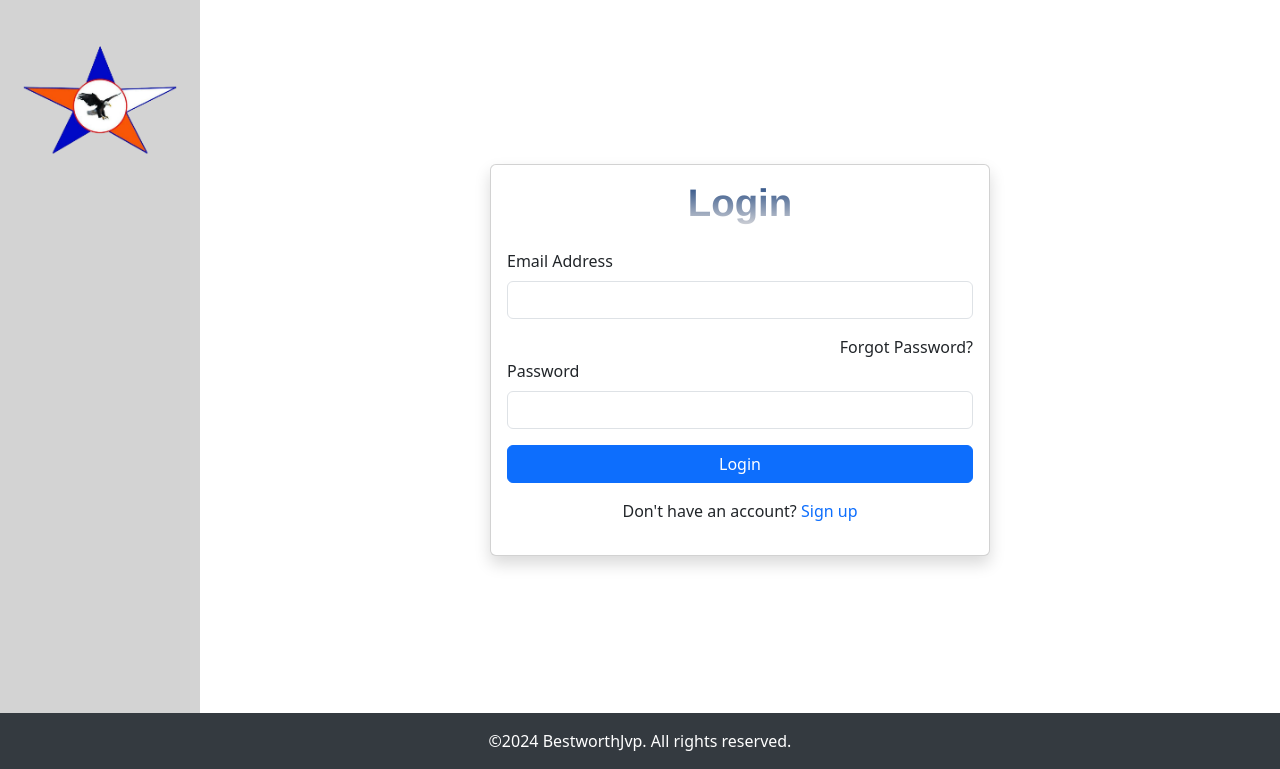
Repository: OVictor21/inventory
Page: /Login
An editor plug-in stored every save of this project. The page is shown before and after the next save, followed by the edit.
The browser window is 1280 px wide. The pictures show the whole page.
The project was rebuilt for these pictures with package versions that can differ from the ones it lists, and the page was loaded fresh each time. Also part of the build but not shown: src/components/signup.jsx, src/components/reset1.jsx, src/components/reset2.jsx.

Above is the page before, as saved 2024-12-15 15:20:32.

### src/index.css

.logo {
  background-size: cover;
  background-repeat: no-repeat;
  background-position: center;
  height: auto;
  width:9rem ;
}

.sign-in{
  width: 40vw;
  height: 65vw;
  left: 45vw;
  top: -10vw;
  overflow: hidden;
}

.login {
  display: flex;
  flex-direction: column;
  min-height: 100vh;
  overflow: hidden;

}

.nav-body {
  flex-grow: 1;
  background-color: #D3D3D3;
  width: 35vw;
  height: 65vw;
}

.text{
  top: 5vw;
  left: 6vw;
  background: linear-gradient(180deg, rgb(51, 85, 136) 13.5%, rgb(206, 208, 214) 100%);
  -webkit-background-clip: text !important;
  background-clip: text;
  -webkit-text-fill-color: transparent;
  text-fill-color: transparent;
  font-family: "Montserrat-Bold", Helvetica;
  font-weight: 700;
  color: transparent;
  font-size: 4vw;
  letter-spacing: 0;
  line-height: normal;
}



.text-wrapper-8 {
  background: linear-gradient(180deg, rgb(51, 85, 136) 13.5%, rgb(206, 208, 214) 100%);
  -webkit-background-clip: text !important;
  background-clip: text;
  -webkit-text-fill-color: transparent;
  text-fill-color: transparent;
  font-family: "Montserrat-Bold", Helvetica;
  font-weight: 600;
  color: transparent;
  font-size: 2vw;
  letter-spacing: 0;
  line-height: normal;
  top: 13vw;
  left: 6vw;
}

.email-text{
  font-size: 1.2vw;

}

.email{
  top: 17vw;
  left: 6vw;
}

.email-in{
  top: 23vw;
  left: 6vw;
  width: 80%;
  max-width: 80%;
  height: 5%;
}

.pass{
  top: 27vw;
  left: 6vw;
}

.pass-in{
  top: 33vw;
  left: 6vw;
  width: 80%;
  max-width: 80%;
  height: 5%;

}

.text-wrapper-7{
  font-family: "Montserrat-Regular", Helvetica;
  font-weight: 400;
  color: #00000061;
  font-size: 1.3vw;
  letter-spacing: 0;
  line-height: normal;
  top: 30vw;
  text-decoration: none;
  right: 2vw;
}



.sign-btn{
  background: linear-gradient(180deg, rgb(51, 85, 136) 93.5%, rgb(206, 208, 214) 97%);
  font-family: "Montserrat-Bold", Helvetica;
  font-weight: 700;
  font-size: 1.5rem;
  letter-spacing: 0;
  line-height: normal;
  width: 80%;
  height: 3rem;
  top: 42vw;
  left: 6vw;
  /* box-shadow: 0px 22px 75px #00000040; */
}


.acct{
  font-family: "Montserrat-Regular", Helvetica;
  font-weight: 700;
  color: #000000;
  font-size: 1.5vw;
  letter-spacing: 0;
  line-height: normal;
  top: 52vw;
  left: 6vw;
}

.acct-1{
  font-family: "Montserrat-Bold", Helvetica;
  font-weight: 700;
  color: rgb(51, 85, 136);
  font-size: 1.5vw;
  text-decoration: none;
  letter-spacing: 0;
  line-height: normal;
  top: 52vw;
  right: 3vw;
}



.pass-text{
font-size: 1.2vw;
}
.footer-body {
  background-color: #343a40; /* Example background color */
  text-align: center;
  padding: 1rem 0;
  margin-top: auto; /* Pushes the footer to the bottom */
}



.side{
  background-color: #D3D3D3;
}
.footers{
  top: 99vh;
  right: 0vw;
  background-color: #343a40;
}

.signuptext{
  top: 5vw;
  left: 6vw;
  background: linear-gradient(180deg, rgb(51, 85, 136) 13.5%, rgb(206, 208, 214) 100%);
  -webkit-background-clip: text !important;
  background-clip: text;
  -webkit-text-fill-color: transparent;
  text-fill-color: transparent;
  font-family: "Montserrat-Bold", Helvetica;
  font-weight: 700;
  color: transparent;
  font-size: 3vw;
  letter-spacing: 0;
  line-height: normal;
}

### src/App.js
// import Navbar from './components/navbar';
import 'bootstrap/dist/css/bootstrap.min.css';
import { BrowserRouter as Router, Route, Routes } from "react-router-dom";
// import Home from "./components/home";
import Login from "./components/login";
import Signup from './components/signup';
import Reset1 from './components/reset1';
import Reset2 from './components/reset2';



function App() {
  return (
    <div className="App">
      <Router>
      <Routes>
        {/* <Route path="/" element={<Navbar />} /> */}
        <Route path="/Login" element={<Login />} />
        <Route path="/Signup" element={<Signup/>} />
        <Route path='/Reset1' element={<Reset1/>} />
        <Route path='/Reset2' element={<Reset2 />} />
      </Routes>
    </Router>
    </div>
  );
}

export default App;

### src/components/login.jsx
const Login = () => {
  return (
    <div className="d-flex">
      {/* Sidebar with Logo */}
      <div className="side text-white d-flex flex-column align-items-center p-3 vh-100" style={{ width: '200px' }}>
        <a href="/" className="d-block mb-4">
          <img
            src="./logo.png" // Replace with your actual logo URL
            alt="Logo"
            className="img-fluid"
          />
        </a>
      </div>

      {/* Main Content Area with Sign-Up Form */}
      <div className="flex-grow-1 d-flex flex-column justify-content-center align-items-center p-4">
        <div className="card shadow p-3" style={{ maxWidth: '500px', width: '100%' }}>
          <h3 className="text-center mb-4 signuptext">Login</h3>
          <form>
            <div className="mb-3">
              <label htmlFor="email" className="form-label">
                Email Address
              </label>
              <input type="email" className="form-control" id="email" required />
            </div>
            <div className="mt-3 text-end">
          <a href="/forgot-password" className="text-decoration-none text-dark">
      Forgot Password?
    </a>
  </div>
            <div className="mb-3">
              <label htmlFor="password" className="form-label">
                Password
              </label>
              <input type="password" className="form-control" id="password" required />
            </div>
            <div className="d-grid">
              <button type="submit" className="btn btn-primary">
                Login
              </button>
            </div>

            <div className="text-center mt-3 ">
    <p>Don't have an account?{' '}<a href="/Signup" className="text-decoration-none">Sign up</a></p>
  </div>

          </form>
        </div>

        {/* Footer */}
        <footer className="mt-auto text-center py-3 w-100 position-absolute footers text-white ">
          <p className="mb-0">&copy;2024 BestworthJvp. All rights reserved.</p>

        </footer>
      </div>
    </div>
  );
};

export default Login;

Loaded but not shown: public/index.html (common file); src/index.js (common file); src/reportWebVitals.js (common file)

After the next save:
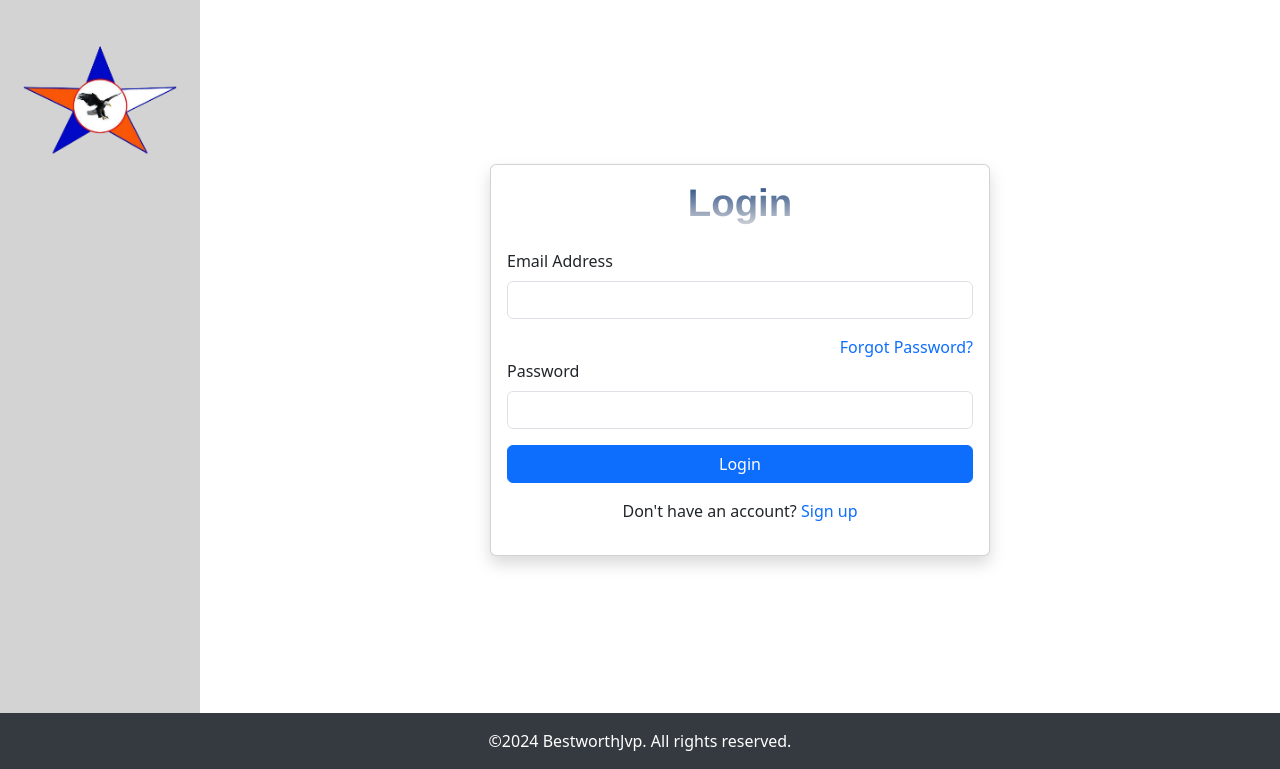
Saved 12 s later.
--- a/src/components/login.jsx
+++ b/src/components/login.jsx
@@ -24,7 +24,7 @@ const Login = () => {
               <input type="email" className="form-control" id="email" required />
             </div>
             <div className="mt-3 text-end">
-          <a href="/forgot-password" className="text-decoration-none text-dark">
+          <a href="/forgot-password" className="text-decoration-none">
       Forgot Password?
     </a>
   </div>

After the save that followed:
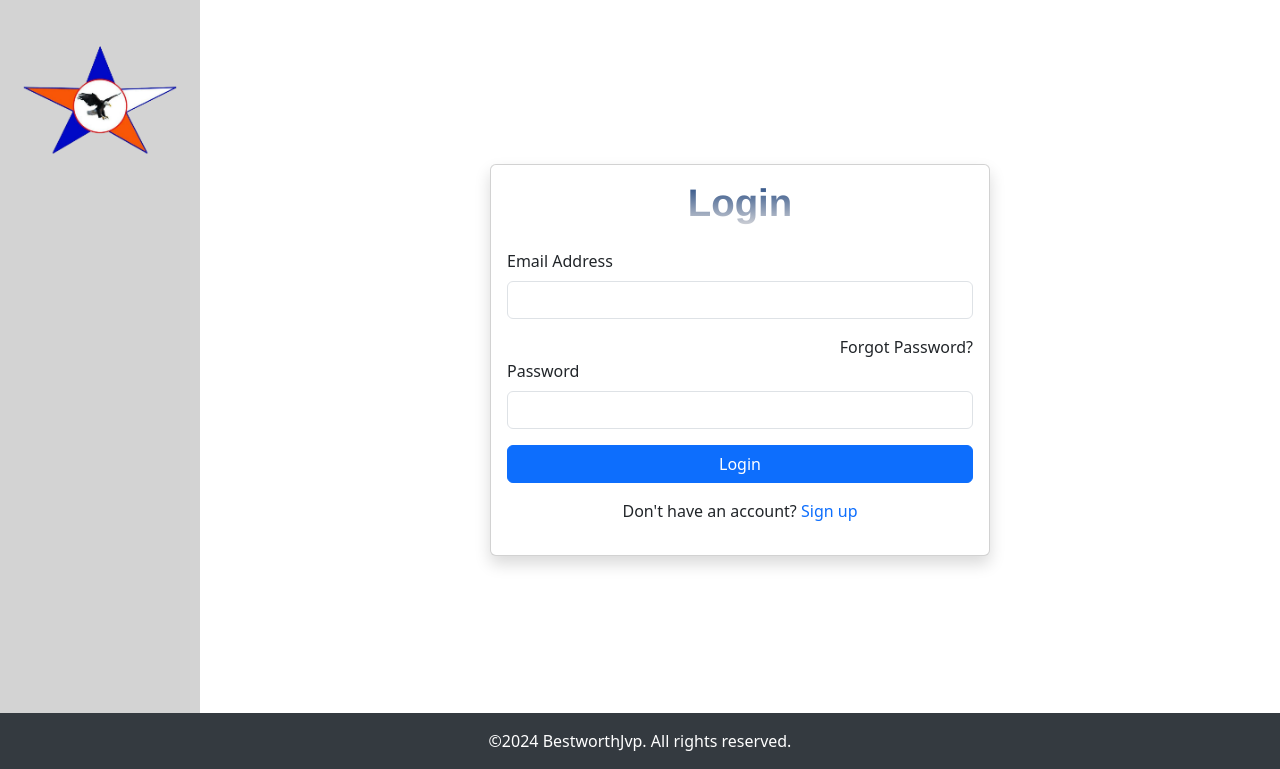
Saved 6 s later.
--- a/src/components/login.jsx
+++ b/src/components/login.jsx
@@ -24,7 +24,7 @@ const Login = () => {
               <input type="email" className="form-control" id="email" required />
             </div>
             <div className="mt-3 text-end">
-          <a href="/forgot-password" className="text-decoration-none">
+          <a href="/forgot-password" className="text-decoration-none text-dark">
       Forgot Password?
     </a>
   </div>
